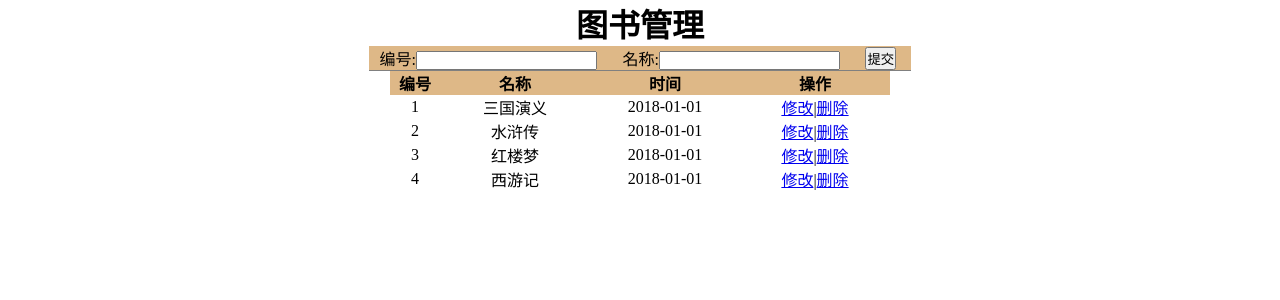
Repository: chenguocan/Vue_demo_1
Page: vue_demo_03/图书管理.html
These files come from the project's save history. The page is drawn as it stood at one moment and after the next save; the edit follows.
The browser window is 1280 px wide. The pictures show the whole page.

Above is the page before, as saved 2020-07-22 10:49:57.

### vue_demo_03/图书管理.html
<!DOCTYPE html>
<html lang="en">
  <head>
    <meta charset="UTF-8" />
    <meta name="viewport" content="width=device-width, initial-scale=1.0" />
    <title>Document</title>
    <style>
      * {
        margin: 0;
        padding: 0;
        box-sizing: border-box;
      }
      .book {
        text-align: center;
      }
      .user {
        display: flex;
        justify-content: center;
      }
      .user table {
        border-bottom: 1px solid gray;
      }
      table {
        border-collapse: collapse;
      }
      th {
        background-color: burlywood;
      }
      .user td {
        padding: 0 15px 0 10.5px;
        background-color: burlywood;
      }
      td {
        border-collapse: collapse;
      }
      .bookmsg {
        display: flex;
        justify-content: center;
      }
    </style>
  </head>
  <body>
    <div id="app">
      <div class="book">
        <h1>图书管理</h1>
        <div class="user">
          <table>
            <tr>
              <td>编号:<input type="text" name="id" v-model="addid" /></td>
              <td>
                名称:<input type="text" name="bookname" v-model="addbook" />
              </td>
              <td><button v-on:click="AddBook">提交</button></td>
            </tr>
          </table>
        </div>
        <div class="bookmsg">
          <table>
            <thead>
              <tr>
                <th width="50">编号</th>
                <th width="150">名称</th>
                <th width="150">时间</th>
                <th width="150">操作</th>
              </tr>
            </thead>
            <tbody>
              <tr :key="item.id" v-for="(item,index) in book">
                <td>{{item.id}}</td>
                <td>{{item.bookname}}</td>
                <td>{{item.date | format(item.date)}}</td>
                <td>
                  <a href="#">修改</a>|<a href="#" v-on:click="del(index)"
                    >删除</a
                  >
                </td>
              </tr>
            </tbody>
          </table>
        </div>
      </div>
    </div>
  </body>
  <script src="./js/vue.js"></script>
  <script>
    Vue.filter("format", function (value, arg) {
      function dateFormat(date, format) {
        if (typeof date === "string") {
          var mts = date.match(/(\/Date\((\d+)\)\/)/);
          if (mts && mts.length >= 3) {
            date = parseInt(mts[2]);
          }
        }
        date = new Date(date);
        if (!date || date.toUTCString() == "Invalid Date") {
          return "";
        }
        var map = {
          M: date.getMonth() + 1, //月份
          d: date.getDate(), //日
          h: date.getHours(), //小时
          m: date.getMinutes(), //分
          s: date.getSeconds(), //秒
          q: Math.floor((date.getMonth() + 3) / 3), //季度
          S: date.getMilliseconds(), //毫秒
        };

        format = format.replace(/([yMdhmsqS])+/g, function (all, t) {
          var v = map[t];
          if (v !== undefined) {
            if (all.length > 1) {
              v = "0" + v;
              v = v.substr(v.length - 2);
            }
            return v;
          } else if (t === "y") {
            return (date.getFullYear() + "").substr(4 - all.length);
          }
          return all;
        });
        return format;
      }
      return dateFormat(value, arg);
    });
    let app = new Vue({
      el: "#app",
      data: {
        addbook: "",
        addid: "",
        book: [
          {
            id: 1,
            bookname: "三国演义",
            date: "2018-01-01",
          },
          {
            id: 2,
            bookname: "水浒传",
            date: "2018-01-01",
          },
          {
            id: 3,
            bookname: "红楼梦",
            date: "2018-01-01",
          },
          {
            id: 4,
            bookname: "西游记",
            date: "2018-01-01",
          },
        ],
      },
      methods: {
        AddBook: function (value) {
          //Vue.set(this.book, this.book[4].id, this.addid);
          Vue.set(this.book, this.book[1], this.bookname);
          console.log(this.book[1].bookname);
          // console.log(this.book[addid].id);
        },
        del: function (index) {
          console.log(this.book);
        },
      },
    });
  </script>
</html>

Loaded but not shown: vue_demo_03/js/vue.js (library)

After the next save:
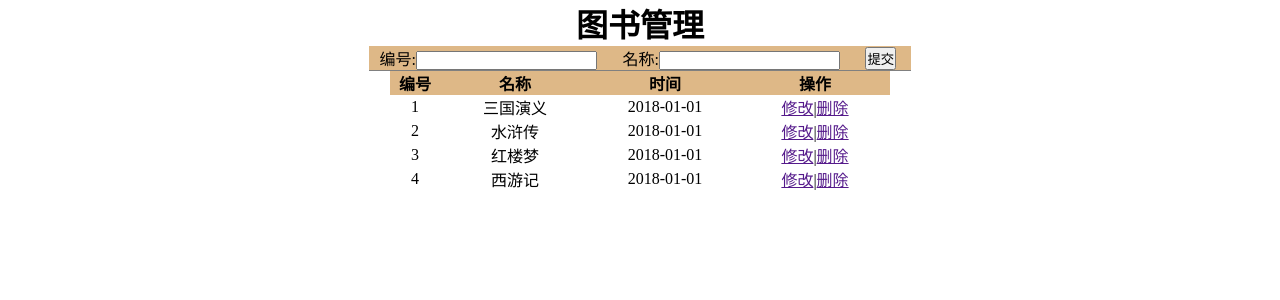
Saved 89 s later.
--- a/vue_demo_03/图书管理.html
+++ b/vue_demo_03/图书管理.html
@@ -70,7 +70,9 @@
                 <td>{{item.bookname}}</td>
                 <td>{{item.date | format(item.date)}}</td>
                 <td>
-                  <a href="#">修改</a>|<a href="#" v-on:click="del(index)"
+                  <a href="" @click.prevent="">修改</a>|<a
+                    href=""
+                    @click.prevent=""
                     >删除</a
                   >
                 </td>
